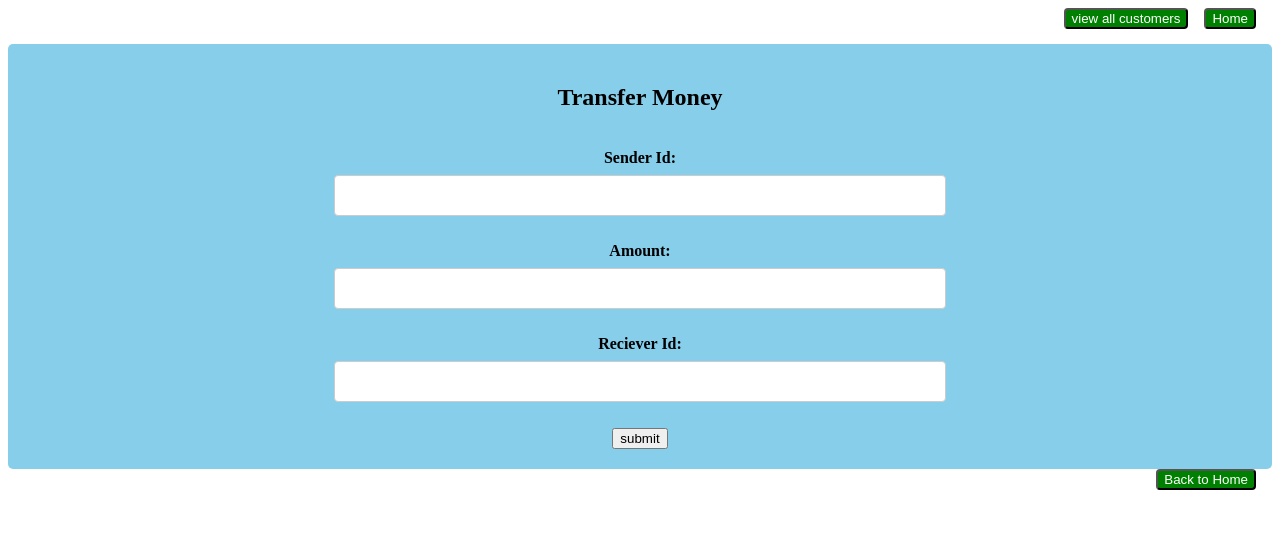
Repository: BarnalaManognaram/sparxintern
Page: sparx_internship/sparx/src/main/webapp/transfer.html
The author's editor kept a copy of each file at every save. The page is drawn from the files as they stood at one save, then again after the next save.
The browser window is 1280 px wide. The pictures show the whole page.

Above is the page before, as saved 2021-09-19 16:43:58.

### sparx_internship/sparx/src/main/webapp/transfer.html
<!DOCTYPE html>
<html>
<head>
<meta charset="ISO-8859-1">
<title>transfer</title>
<link rel="stylesheet" href="home.css">
</head>
<body>
<a href="home.html"><button class="button1">Home</button></a>
<a href="Customer"><button class="button1">view all customers</button></a><br><br>
  <center>
  <div class="back">
   <h2>Transfer Money</h2><br>
    <b>Sender Id:</b><br><input  type="text" name="sid" /><br><br>
    <b>Amount:</b><br><input  type="text" name="tm"/><br><br>
    <b>Reciever Id:</b><br><input type="text" name="rid"/><br><br>
    <input type="button" value="submit"/>

    </div>
     <a href="home.html"><button class="button1">Back to Home</button></a>
  </center>
</body>
<style>
input[type=text], select {
  width: 50%;
  padding: 12px 20px;
  margin: 8px 0;
  display: inline-block;
  border: 1px solid #ccc;
  border-radius: 4px;
  box-sizing: border-box;
}

input[type=submit] {
  width: 50%;
  background-color:skyblue;
  color: white;
  padding: 14px 20px;
  margin: 8px 0;
  border: none;
  border-radius: 4px;
  cursor: pointer;
}



div {
  border-radius: 5px;
  background-color: skyblue;
  padding: 20px;
}
</style>
</html>

### sparx_internship/sparx/src/main/webapp/home.css
@charset "ISO-8859-1";
.button{
	background-color:green;
	color: white;
	border-radius: 8px;
		margin-left:690px;
}
.button1{
	background-color:green;
	color: white;
	border-radius: 4px;
	float: right;
	margin-right:16px;
}
.heading{
	color:green;
}
.bottom{
	background-color:skyblue;
	border-radius: 8px;

}

.table {
  font-family: arial, sans-serif;
  border-collapse: collapse;
  width: 100%;
}

.td {
  border: 1px solid #dddddd;
  text-align: left;
  padding: 8px;
}

.tr:nth-child(even) {
  background-color: #dddddd;
}

After the next save:
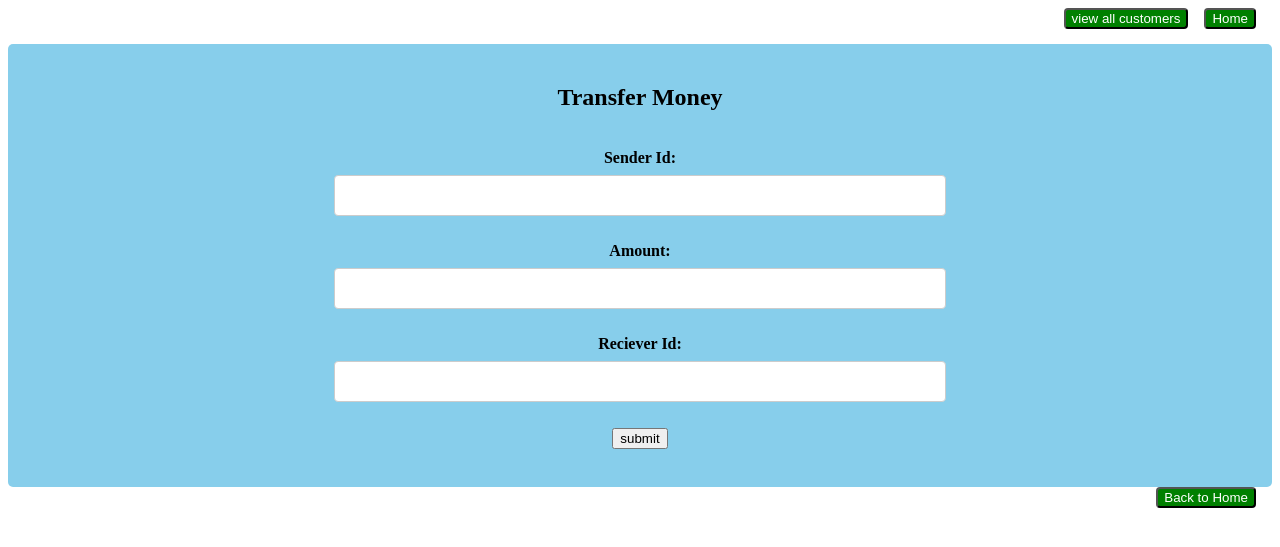
Saved 18 s later.
--- a/sparx_internship/sparx/src/main/webapp/transfer.html
+++ b/sparx_internship/sparx/src/main/webapp/transfer.html
@@ -14,7 +14,7 @@
     <b>Sender Id:</b><br><input  type="text" name="sid" /><br><br>
     <b>Amount:</b><br><input  type="text" name="tm"/><br><br>
     <b>Reciever Id:</b><br><input type="text" name="rid"/><br><br>
-    <input type="button" value="submit"/>
+    <input type="button" value="submit"/><br><br>
 
     </div>
      <a href="home.html"><button class="button1">Back to Home</button></a>
